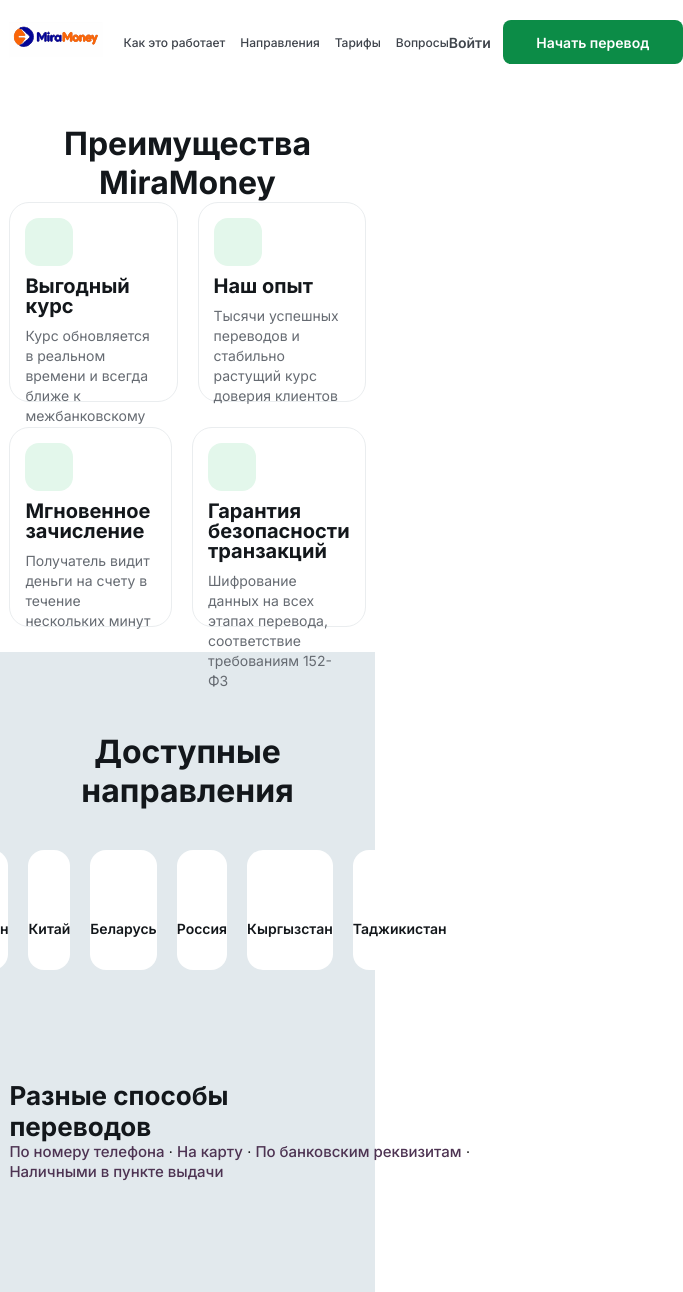
Repository: Shaiyr1/mira-money
Page: index.html
These files come from the project's save history. The page is drawn as it stood at one moment and after a run of saves; the edit follows.
The browser window is 375 px wide. The page is 683 px wide, then 557 px, so the pictures cover 683 px, including what lies to the right of the window. The pictures show the whole page.

Above is the page before, as saved 2026-10-23 17:31:24.

After the next 2 saves:
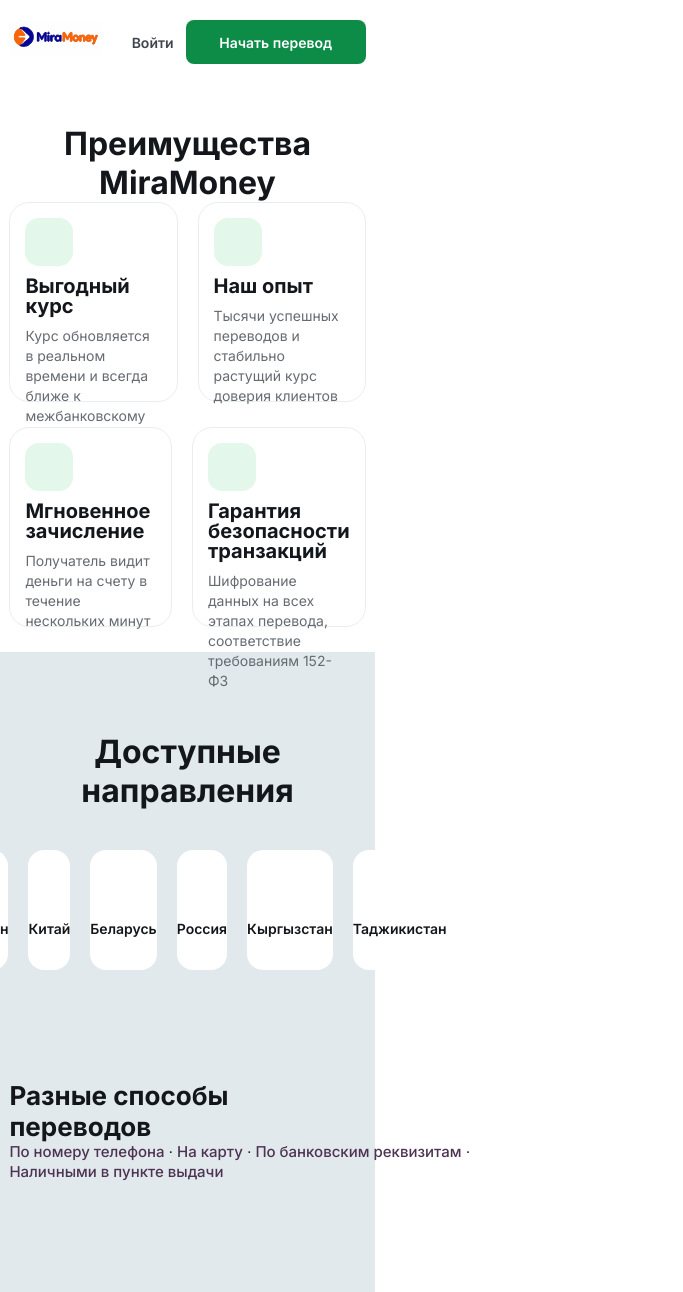
The 2 saves are shown as one change because they came seconds apart.
The last was saved 15 s later.
--- a/src/css/style.css
+++ b/src/css/style.css
@@ -267,5 +267,7 @@
 }
 
 @media(max-width: 480px) {
-
-}
+    .header-nav__ul {
+        display: none;
+    }
+}
